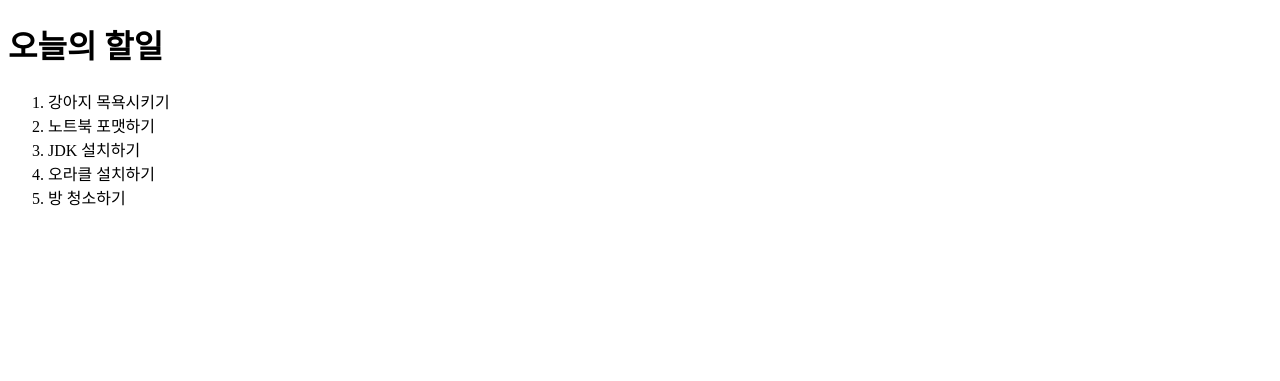
Repository: Hswwwww/WEB
Page: ClientTest/src/main/webapp/html/ex11_list.html
The author's editor kept a copy of each file at every save. The page is drawn from the files as they stood at one save, then again after the next save.
The browser window is 1280 px wide. The pictures show the whole page.

Above is the page before, as saved 2024-03-13 01:29:36.

After the next save:
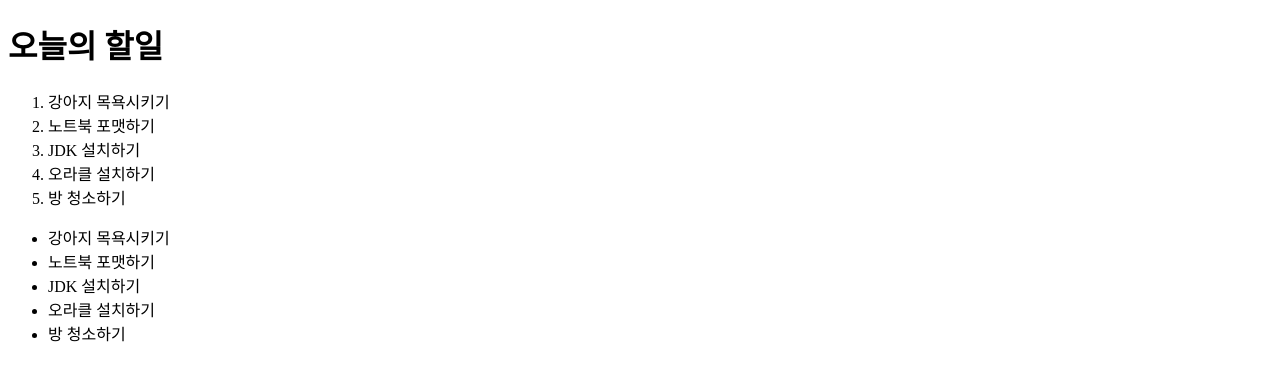
Saved 19 s later.
--- a/ClientTest/src/main/webapp/html/ex11_list.html
+++ b/ClientTest/src/main/webapp/html/ex11_list.html
@@ -29,8 +29,15 @@
 	  	<li>JDK 설치하기</li>
 	  	<li>오라클 설치하기</li>
 	  	<li>방 청소하기</li>
+	  </ol>
 
+	  <ul>
+	  	<li>강아지 목욕시키기</li>
+	  	<li>노트북 포맷하기</li>
+	  	<li>JDK 설치하기</li>
+	  	<li>오라클 설치하기</li>
+	  	<li>방 청소하기</li>
+	  </ul>
 
-	  	</ol>
 </body>
 </html>
